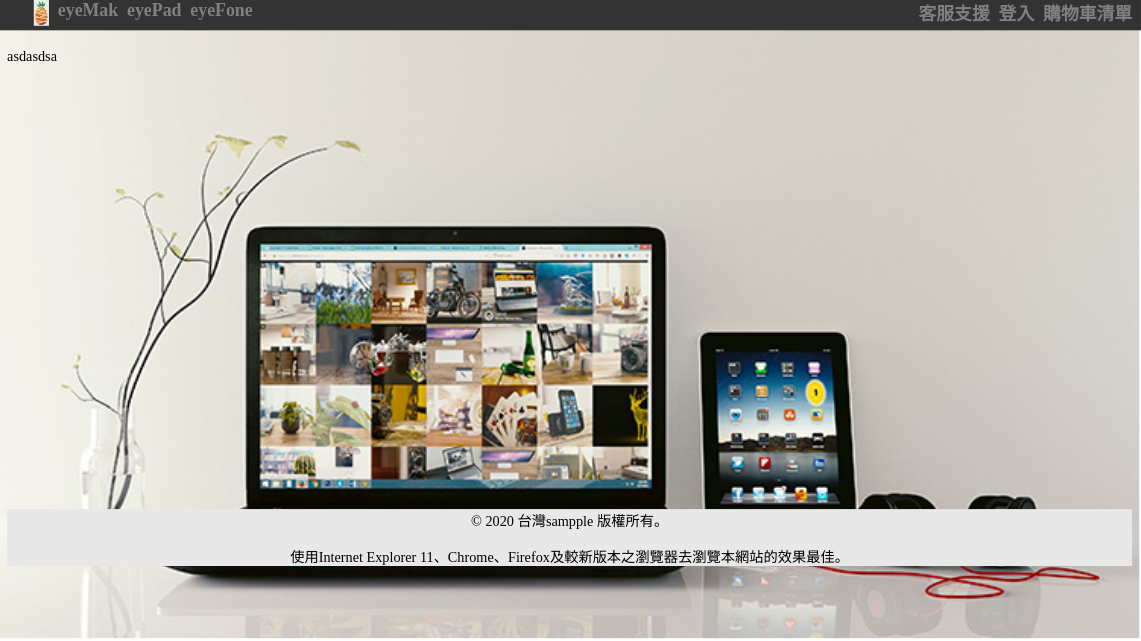
Repository: Vincent4142/NewFinalProject
Page: http://localhost/FinalProject/
The author's editor kept a copy of each file at every save. The page is drawn from the files as they stood at one save, then again after the next save.
The browser window is 1280 px wide. The page is 1282 px wide, so the pictures cover 1282 px, including what lies to the right of the window. The pictures show the whole page, at 89% of full size.
The page is served by Tomcat 9. Other server files are loaded and not shown.

Above is the page before, as saved 2020-04-09 05:52:53.

### FinalProject/WebContent/index.jsp
<%@ page language="java" contentType="text/html; charset=UTF-8"
    pageEncoding="UTF-8"%>

<!DOCTYPE html>
<html>
<head>
<meta charset="UTF-8">
<title>index</title>
<style type="text/css">

	body{
		background-image: url(img/indexbackground.jpg);
		background-repeat: no-repeat;
    	background-size: cover;
	}

</style>
</head>
<body>

<%@ include file="fragment/indexTOP.jsp" %>



asdasdsa



<%@ include file="fragment/indexBOTTOM.jsp" %>
</body>
</html>

### FinalProject/WebContent/fragment/indexTOP.jsp
<%@ page language="java" contentType="text/html; charset=UTF-8"
	pageEncoding="UTF-8"%>
<!DOCTYPE html>
<html>
<head>
<meta charset="UTF-8">
<title>indexTOP</title>

<style type="text/css">
.nav {
	margin-top: -20px;
	margin-left: -10px;
	margin-right: -10px;
	background-color: black;
}
/* 主UL */
.navul {
	background: rgba(255, 255, 255, 0.2);
	list-style-type: none;
	font-weight: bolder;
	font-size: 20px;
	overflow: auto;
}

.navul li {
	border-radius: 5px;
	margin-left: 0px;
	margin-right: 10px;
	float: left;
	display: block;
	position: static;
}

.navul li a {
	text-decoration: none;
	color: gray;
}

.navul li a:hover {
	color: white;
}

#navright {
	float: right;
}
</style>

</head>
<body>

	<nav class="nav" style="text-align: center;">

		<ul class="navul">
			<li><a href="index.jsp"><img alt="logo" src="img/pineapple.jpg"></a></li>
			<li><a href="eyeMakPage.jsp">eyeMak</a></li>
			<li><a href="eyePadPage.jsp">eyePad</a></li>
			<li><a href="eyeFonePage.jsp">eyeFone</a></li>

			<div id="navright">
				<li><a href="customerServicePage.jsp">客服支援</a></li>
				<li><a href="LoginPage.jsp">登入</a></li>
				<li><a href="shoppingcartPage.jsp">購物車清單</a></li>
			</div>
		</ul>

	</nav>

</body>
</html>

### FinalProject/WebContent/fragment/indexBOTTOM.jsp
<%@ page language="java" contentType="text/html; charset=UTF-8"
    pageEncoding="UTF-8"%>
<!DOCTYPE html>
<html>
<head>
<meta charset="UTF-8">
<title>indexBOTTOM</title>

<style type="text/css">

	#bottom{
		background-color:#E8E8E8;
		text-align: center;
		margin-top: 500px;

	}

</style>

</head>
<body>
	<div id="bottom">
		<p>© 2020 台灣sampple 版權所有。</p>

		<p>使用Internet Explorer 11、Chrome、Firefox及較新版本之瀏覽器去瀏覽本網站的效果最佳。</p>
	</div>
</body>
</html>

After the next save:
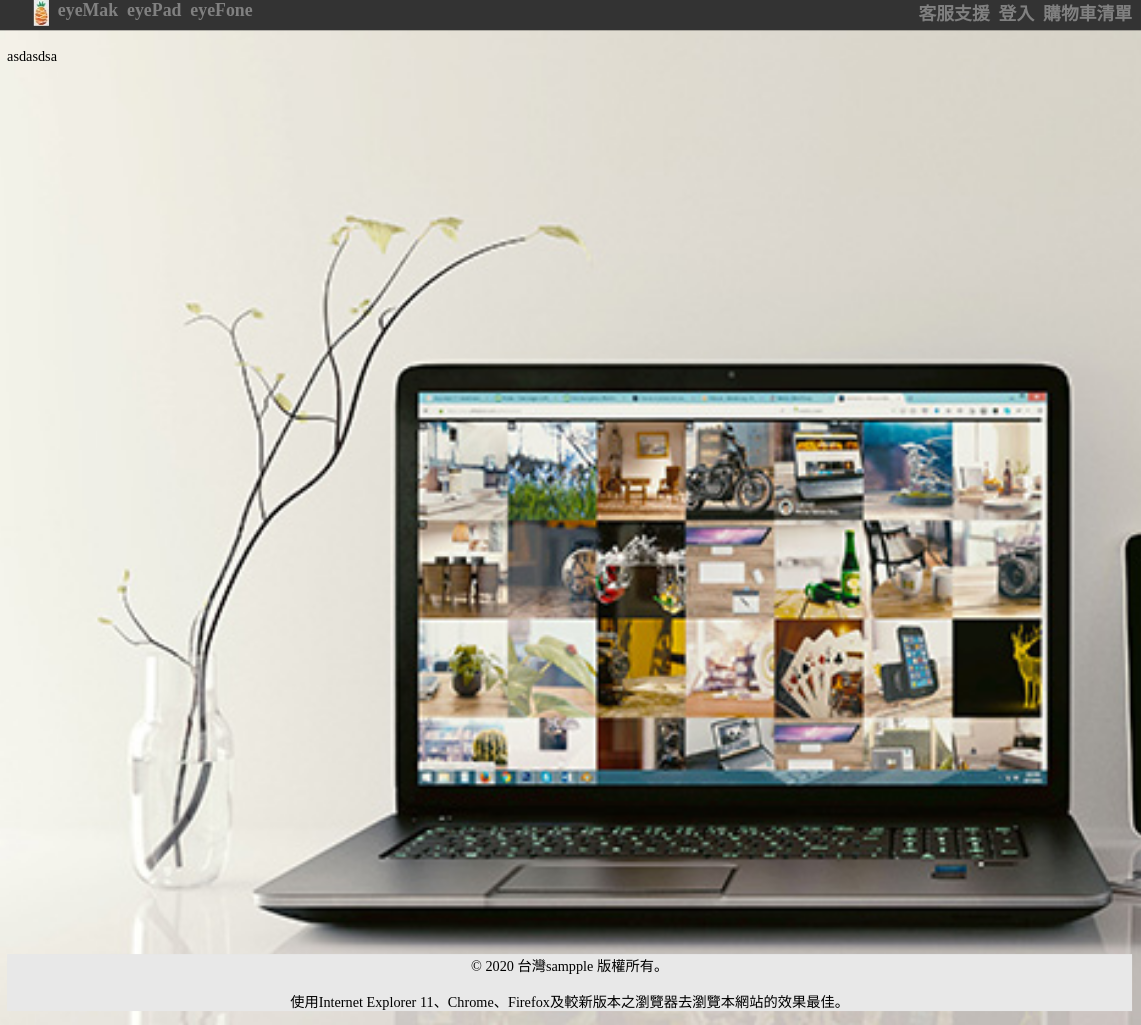
Saved 10 s later.
--- a/FinalProject/WebContent/fragment/indexBOTTOM.jsp
+++ b/FinalProject/WebContent/fragment/indexBOTTOM.jsp
@@ -11,7 +11,7 @@
 	#bottom{
 		background-color:#E8E8E8;
 		text-align: center;
-		margin-top: 500px;
+		margin-top: 1000px;
 
 	}
 
